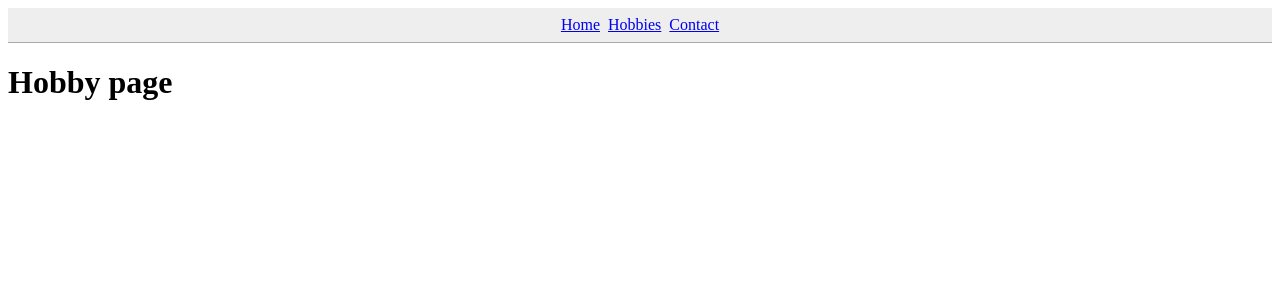
Repository: sebas6292/Jeff-Midterm
Page: hobby.html
These files come from the project's save history. The page is drawn as it stood at one moment and after the next save; the edit follows.
The browser window is 1280 px wide. The pictures show the whole page.

Above is the page before, as saved 2023-04-30 22:39:47.

### hobby.html
<!DOCTYPE html>
<html lang="en">
  <head>
    <title>Home</title>
    <meta charset="UTF-8" />
    <meta name="viewport" content="width=device-width" />
    <link rel="stylesheet" href="styles.css" />
  </head>
  <body>
    <nav>
      <a href="/home.html">Home</a>
      <a href="/hobby.html">Hobbies</a>
      <a href="/contact.html">Contact</a>
    </nav>
    <main>
      <h1>Hobby page</h1>
    </main>
  </body>
</html>

### styles.css

nav {
    display: flex;
  flex-wrap: wrap;
  align-items: center;
  justify-content: center;
  padding: 0.5rem;
  gap: 0.5rem;
  border-bottom: solid 1px #aaa;
  background-color: #eee;
}

After the next save:
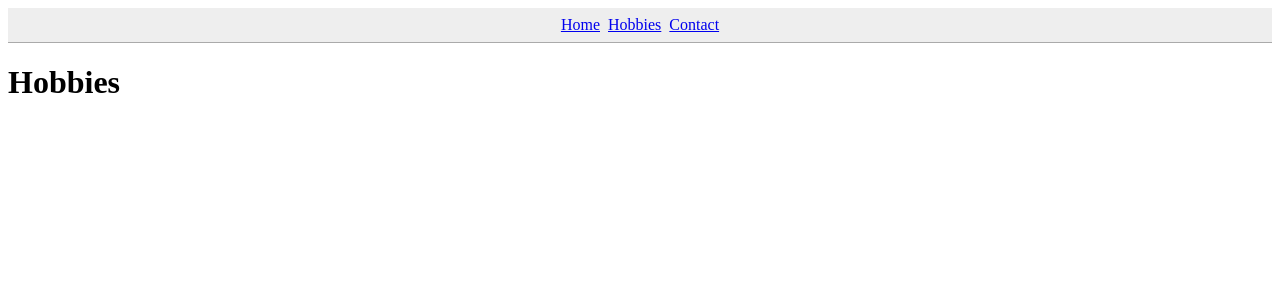
Saved 116 s later.
--- a/hobby.html
+++ b/hobby.html
@@ -13,7 +13,8 @@
       <a href="/contact.html">Contact</a>
     </nav>
     <main>
-      <h1>Hobby page</h1>
+      <h1>Hobbies</h1>
+
     </main>
   </body>
 </html>
